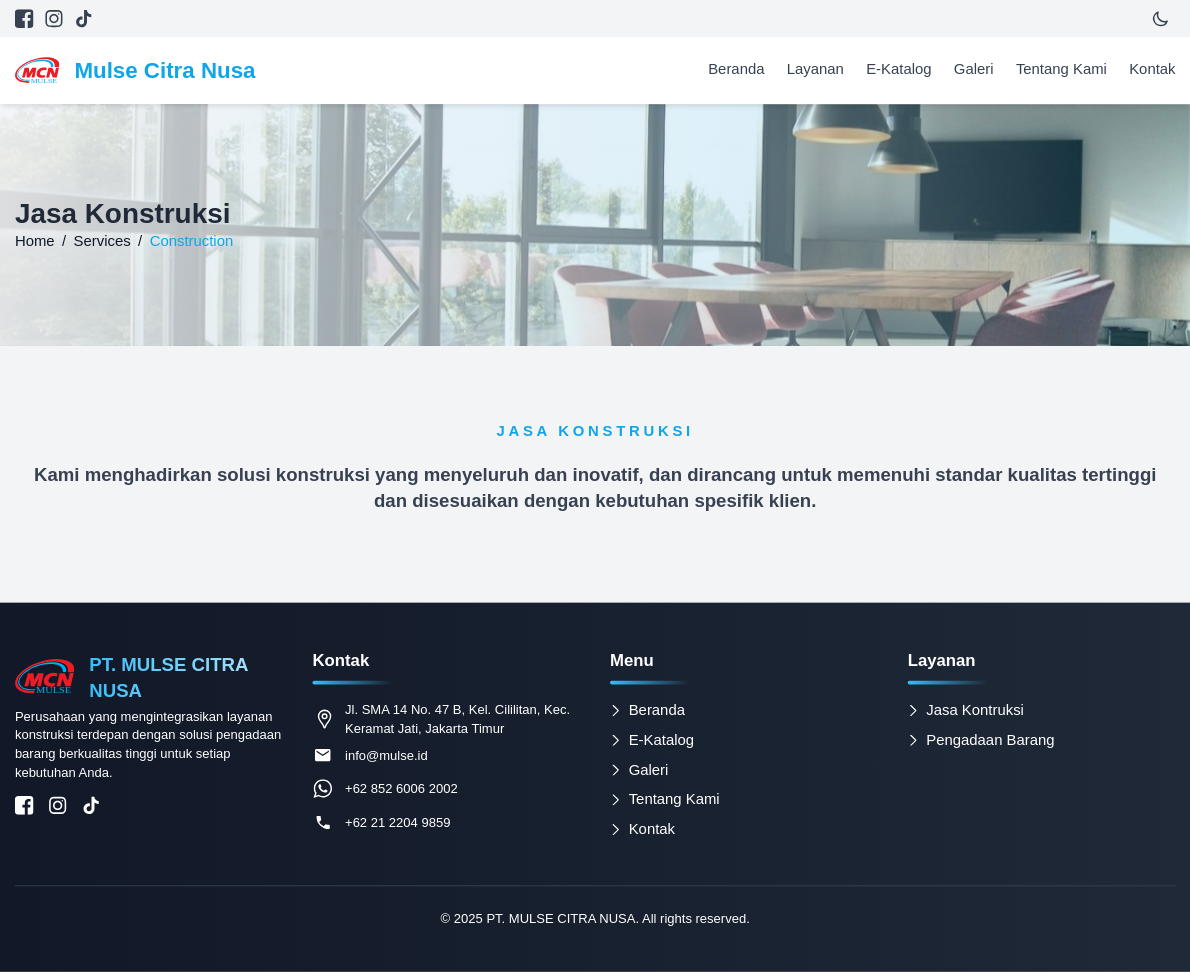
Repository: PrasBaldin/next-mulse
Page: /services/construction
The author's editor kept a copy of each file at every save. The page is drawn from the files as they stood at one save, then again after the next save.
The browser window is 1280 px wide. The pictures show the whole page, at 93% of full size.
The project was rebuilt for these pictures with package versions that can differ from the ones it lists, and the page was loaded fresh each time. The framework's server and built-in components were replaced by stand-ins that run in the browser. Also part of the build but not shown: next.config.ts.

Above is the page before, as saved 2025-02-26 13:20:52.

After the next save:
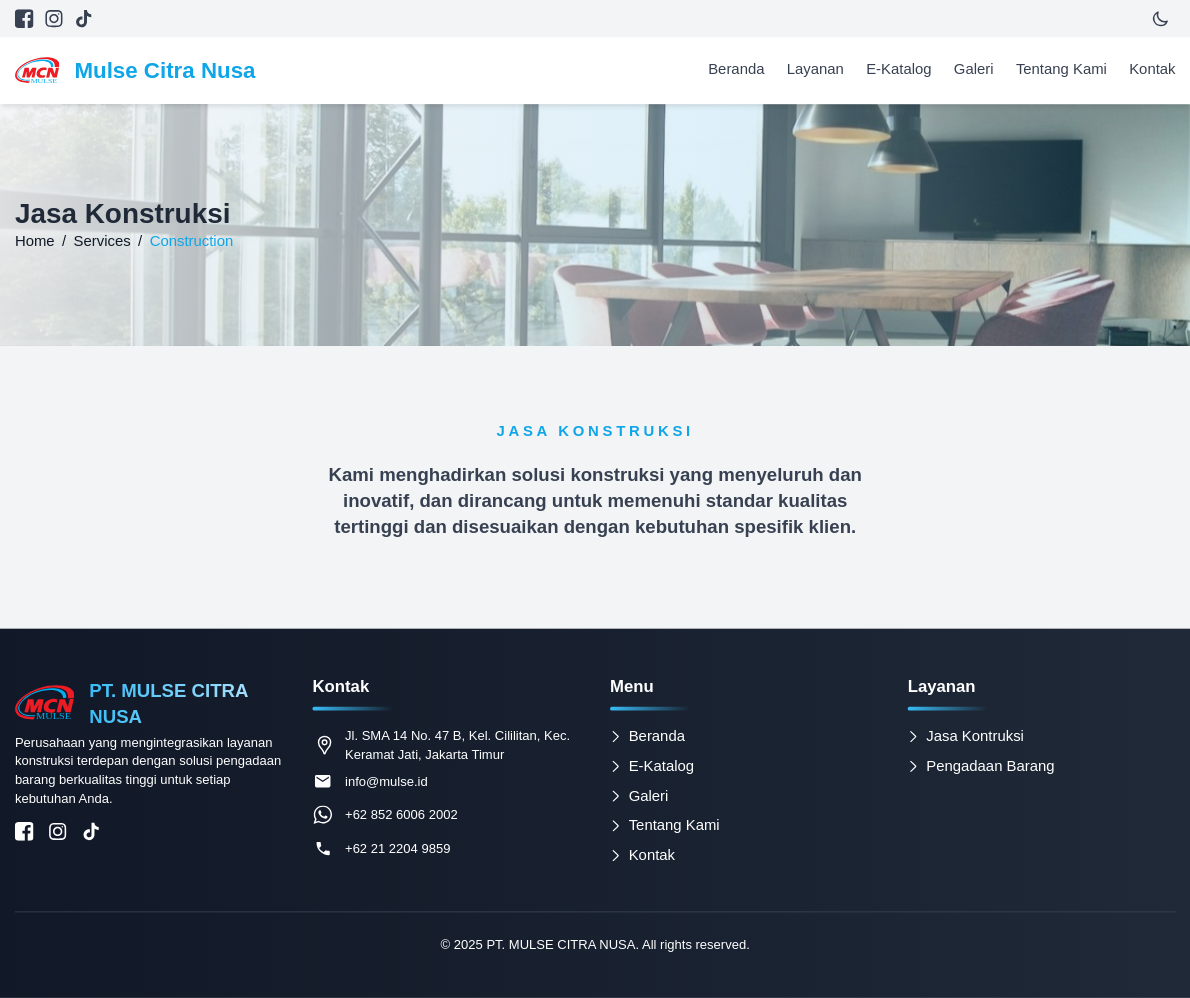
Saved 36 s later.
--- a/app/services/construction/page.tsx
+++ b/app/services/construction/page.tsx
@@ -49,7 +49,7 @@
           <h4 className="mb-3 text-sky-500 font-semibold tracking-[.25em] uppercase">
             Jasa Konstruksi
           </h4>
-          <h3 className="py-2 my-2 text-gray-700 text-xl font-semibold">
+          <h3 className="py-2 my-2 mx-auto w-1/2 text-gray-700 text-xl font-semibold">
             Kami menghadirkan solusi konstruksi yang menyeluruh dan inovatif,
             dan dirancang untuk memenuhi standar kualitas tertinggi dan
             disesuaikan dengan kebutuhan spesifik klien.
